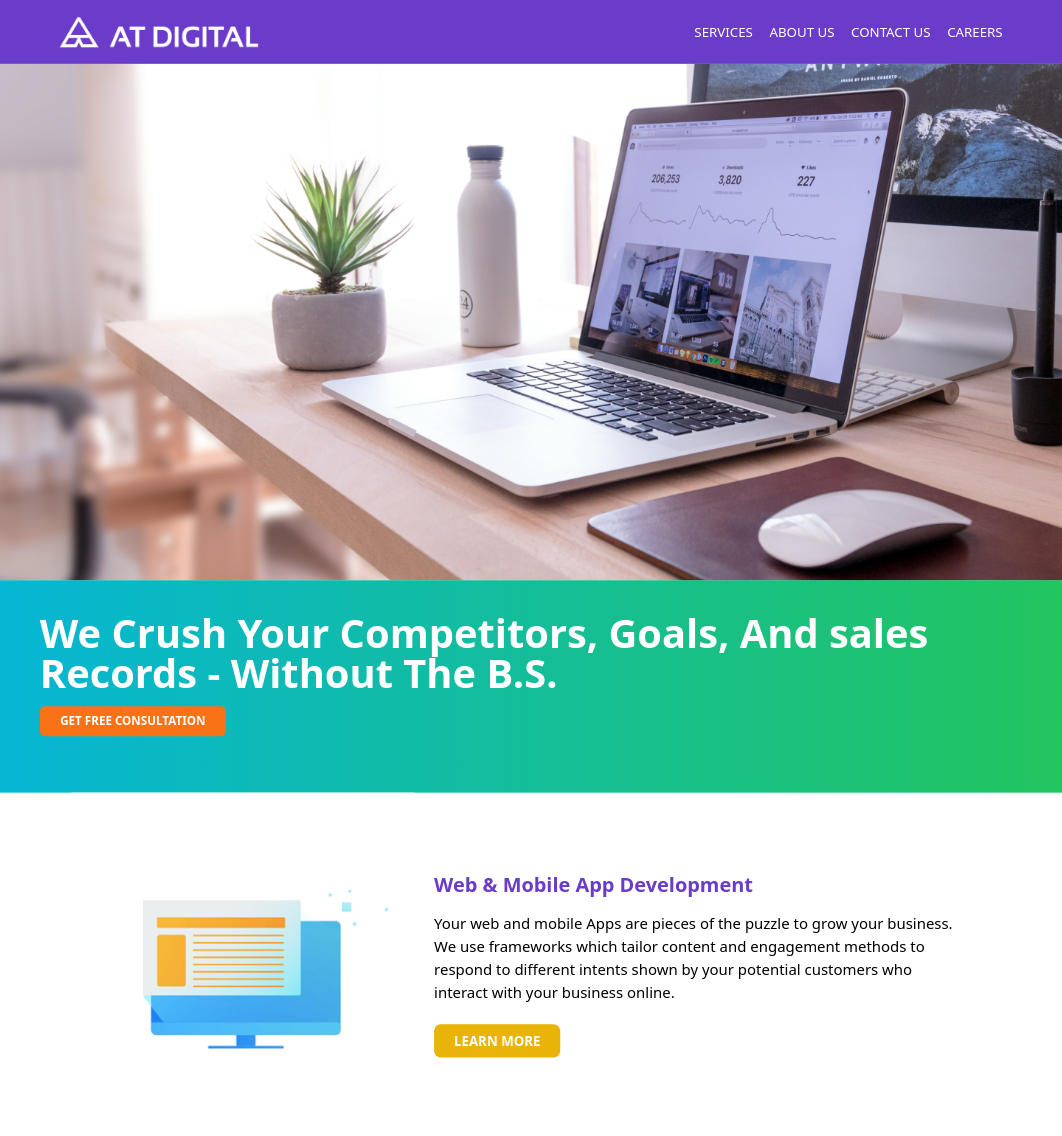
Repository: Milith97/AT-Digital-Website
Page: /
These files come from the project's save history. The page is drawn as it stood at one moment and after the next save; the edit follows.
The browser window is 1280 px wide. The pictures show the whole page, at 83% of full size.
The project was rebuilt for these pictures with package versions that can differ from the ones it lists, and the page was loaded fresh each time. Also part of the build but not shown: vite.config.js.

Above is the page before, as saved 2024-04-06 22:46:10.

After the next save:
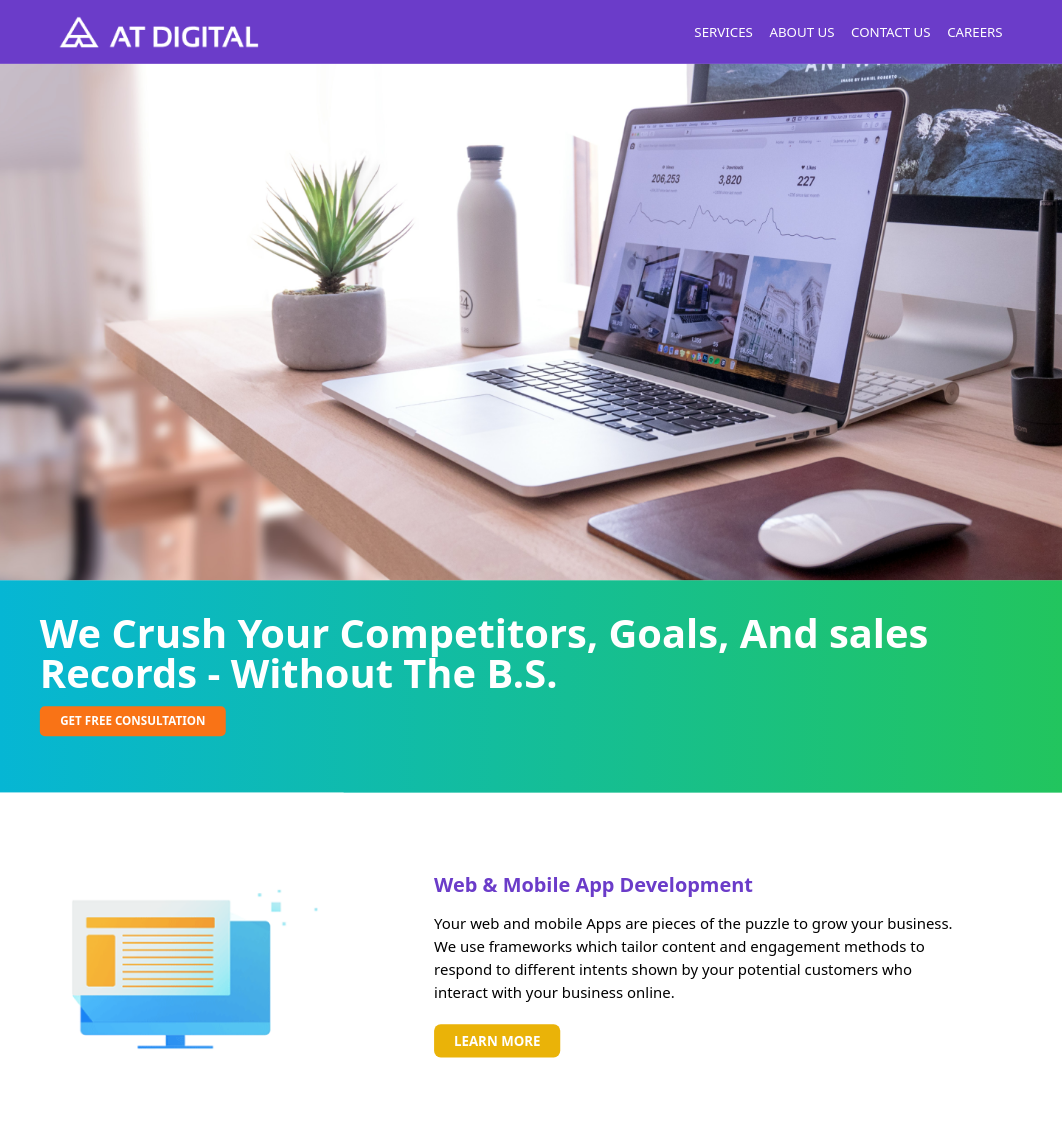
Saved 2 min 27 s later.
--- a/src/Components/Servicers.jsx
+++ b/src/Components/Servicers.jsx
@@ -32,7 +32,7 @@
             </div>
 
             {/* Right Side (Content) */}
-            <div className="md:max-w-lg lg:max-w-xl xl:max-w-2xl ">
+            <div className="md:max-w-lg lg:max-w-xl xl:max-w-2xl mx-auto ">
                 <h2 className="  md:text-2xl lg:text-3xl xl:text-2xl 2xl:text:4xl  font-bold mb-4 text-[#6B3CC9]">Web & Mobile App Development</h2>
                 <p className="sm:text-xs md:text-xs lg:text-lg xl:text-lg 2xl:text-lg font-medium mb-6 md:mr-10">Your web and mobile Apps are pieces of the puzzle to grow your business. We use frameworks which tailor content and engagement methods to respond to different intents shown by your potential customers who interact with your business online.</p>
                 <button className="bg-yellow-500 text-white font-bold py-2 px-6 rounded-lg hover:bg-yellow-600 transition-colors">LEARN MORE</button>

After the save that followed:
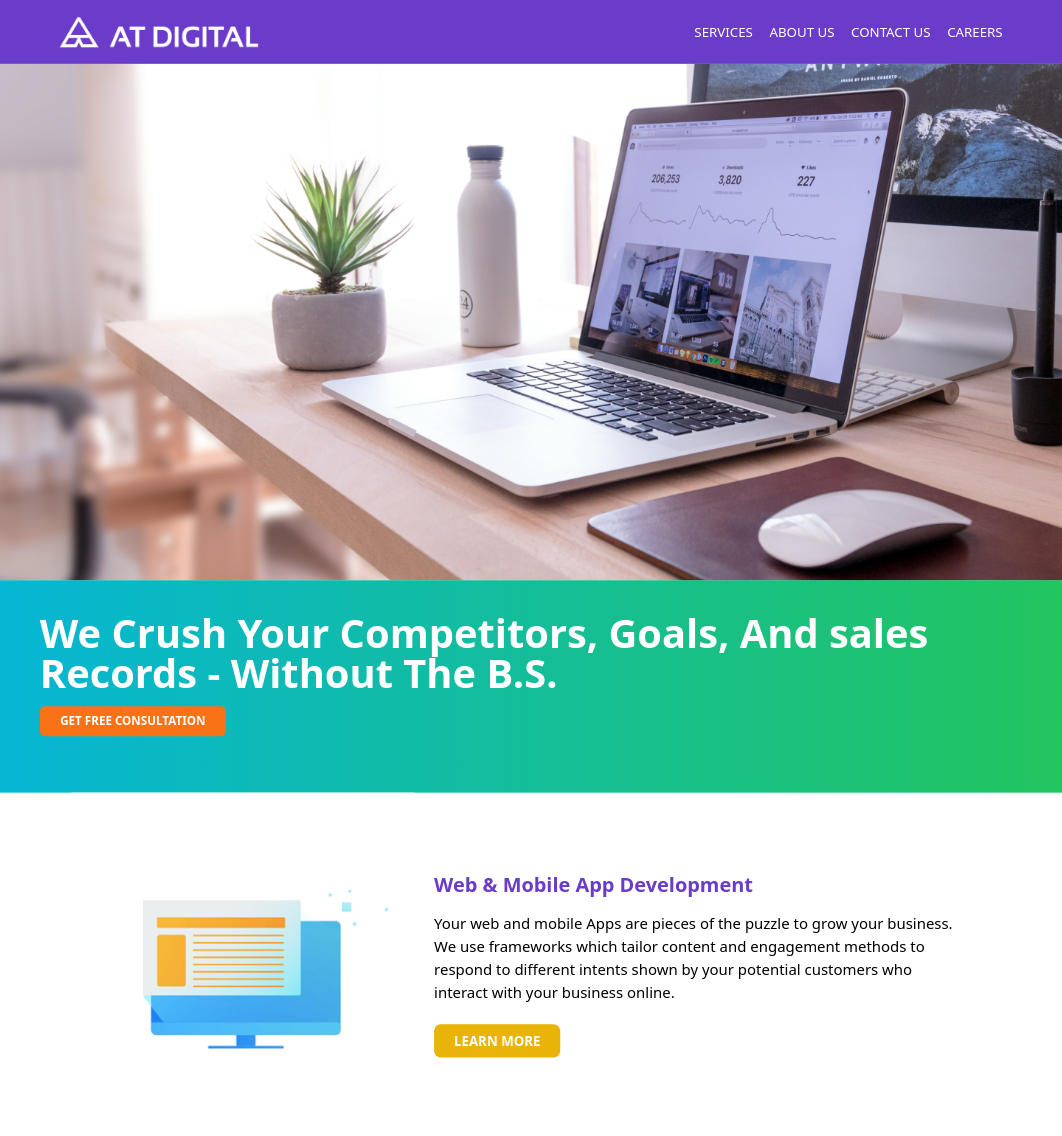
Saved 13 s later.
--- a/src/Components/Servicers.jsx
+++ b/src/Components/Servicers.jsx
@@ -32,7 +32,7 @@
             </div>
 
             {/* Right Side (Content) */}
-            <div className="md:max-w-lg lg:max-w-xl xl:max-w-2xl mx-auto ">
+            <div className="md:max-w-lg lg:max-w-xl xl:max-w-2xl  ">
                 <h2 className="  md:text-2xl lg:text-3xl xl:text-2xl 2xl:text:4xl  font-bold mb-4 text-[#6B3CC9]">Web & Mobile App Development</h2>
                 <p className="sm:text-xs md:text-xs lg:text-lg xl:text-lg 2xl:text-lg font-medium mb-6 md:mr-10">Your web and mobile Apps are pieces of the puzzle to grow your business. We use frameworks which tailor content and engagement methods to respond to different intents shown by your potential customers who interact with your business online.</p>
                 <button className="bg-yellow-500 text-white font-bold py-2 px-6 rounded-lg hover:bg-yellow-600 transition-colors">LEARN MORE</button>
